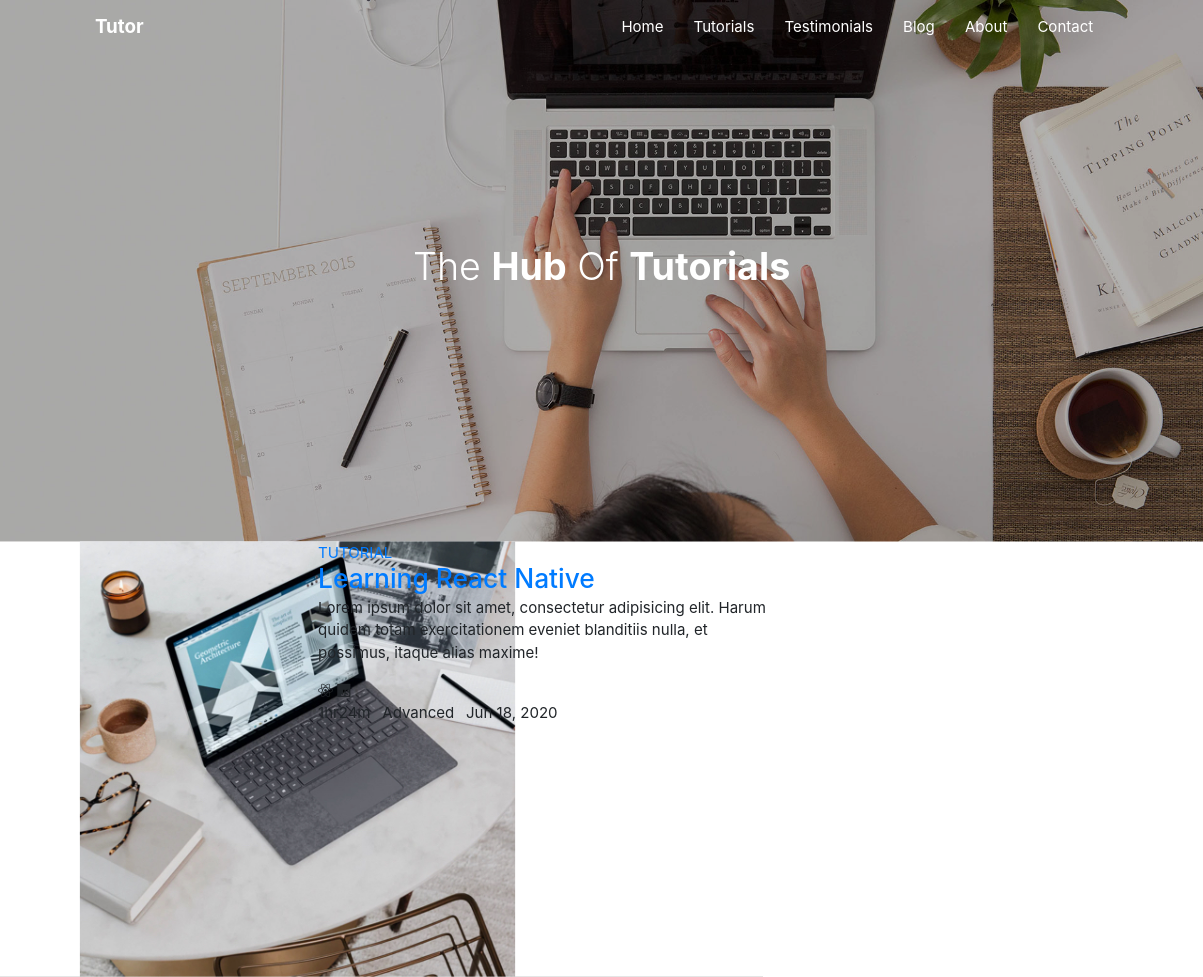
Repository: longvh2003/Tutor
Page: Views/header.html
An editor plug-in stored every save of this project. The page is shown before and after the next save, followed by the edit.
The browser window is 1280 px wide. The pictures show the whole page, at 94% of full size.
Some web libraries are served in a nearby version.

Above is the page before, as saved 2020-08-12 16:36:18.

### Views/header.html
<html lang="en">

<head>
    <meta charset="UTF-8">
    <meta name="viewport" content="width=device-width, initial-scale=1.0">
    <title>Home</title>
    <link rel="stylesheet" href="https://stackpath.bootstrapcdn.com/bootstrap/4.5.2/css/bootstrap.min.css"
        integrity="sha384-JcKb8q3iqJ61gNV9KGb8thSsNjpSL0n8PARn9HuZOnIxN0hoP+VmmDGMN5t9UJ0Z" crossorigin="anonymous">
    <link rel="stylesheet" href="https://use.fontawesome.com/releases/v5.12.0/css/all.css"
        integrity="sha384-REHJTs1r2ErKBuJB0fCK99gCYsVjwxHrSU0N7I1zl9vZbggVJXRMsv/sLlOAGb4M" crossorigin="anonymous" />
    <link rel="stylesheet" href="../Css/home.css">
</head>

<body>
    <section class="header">
        <div class="opacity"></div>
        <div class="container">
            <nav class="navbar navbar-light">
                <a class="navbar-brand text-white" href="#"><strong>Tutor</strong></a>
                <ul class="nav justify-content-center">
                    <li class="nav-item">
                        <a class="nav-link text-white" href="#">Home</a>
                    </li>
                    <li class="nav-item">
                        <a class="nav-link text-white" href="#">Tutorials</a>
                    </li>
                    <li class="nav-item">
                        <a class="nav-link text-white" href="#">Testimonials</a>
                    </li>
                    <li class="nav-item">
                        <a class="nav-link text-white" href="#">Blog</a>
                    </li>
                    <li class="nav-item">
                        <a class="nav-link text-white" href="#">About</a>
                    </li>
                    <li class="nav-item">
                        <a class="nav-link text-white" href="#">Contact</a>
                    </li>
                </ul>
            </nav>
            <div class="title-header">
                <h1 class="text-white">The <strong>Hub</strong> Of <strong>Tutorials</strong></h1>
            </div>
        </div>
    </section>
    <div class="container">
        <div class="row">
            <div class="col-lg-8">
                <div class="row">
                    <div class="col-md-4">
                        <img src="../Image/img_1.jpg" alt="...">
                    </div>
                    <div class="col-md-8">
                        <div><a href="#">TUTORIAL</a></div>
                        <div><a href="#" class="h3">Learning React Native</a></div>
                        <p>Lorem ipsum dolor sit amet, consectetur adipisicing elit. Harum quidem totam exercitationem
                            eveniet blanditiis nulla, et possimus, itaque alias maxime!</p>
                        <div>
                            <span><i class="fab fa-react"></i></span>
                            <span><i class="fab fa-js"></i></span>
                        </div>
                        <p>
                            <span class="mr-2">1hr24m</span>
                            <span class="mr-2">Advanced</span>
                            <span class="mr-2">Jun 18, 2020</span>
                        </p>
                    </div>
                </div>
            </div>
        </div>
    </div>
</body>

</html>

### Css/home.css
body {
  font-family: "Raleway", -apple-system, BlinkMacSystemFont, "Segoe UI", Roboto,
    "Helvetica Neue", Arial, "Noto Sans", sans-serif, "Apple Color Emoji",
    "Segoe UI Emoji", "Segoe UI Symbol", "Noto Color Emoji";
}
.header{
    background: url(../Image/hero_bg.jpg) no-repeat center center;
    height: 36rem;
    background-size: cover;
}
.opacity{
    position: absolute;
    width: 100%;
    height: 36rem;
    background: rgba(0, 0, 0, 0.3);
}
.title-header{
    position: absolute;
    z-index: 1;
    top: 40%;
    left: 50%;
    transform: translate(-50%,-50%);
}
.title-header h1{
    font-weight: 300;
}
.title-header strong{
    font-weight: bold;
}

After the next save:
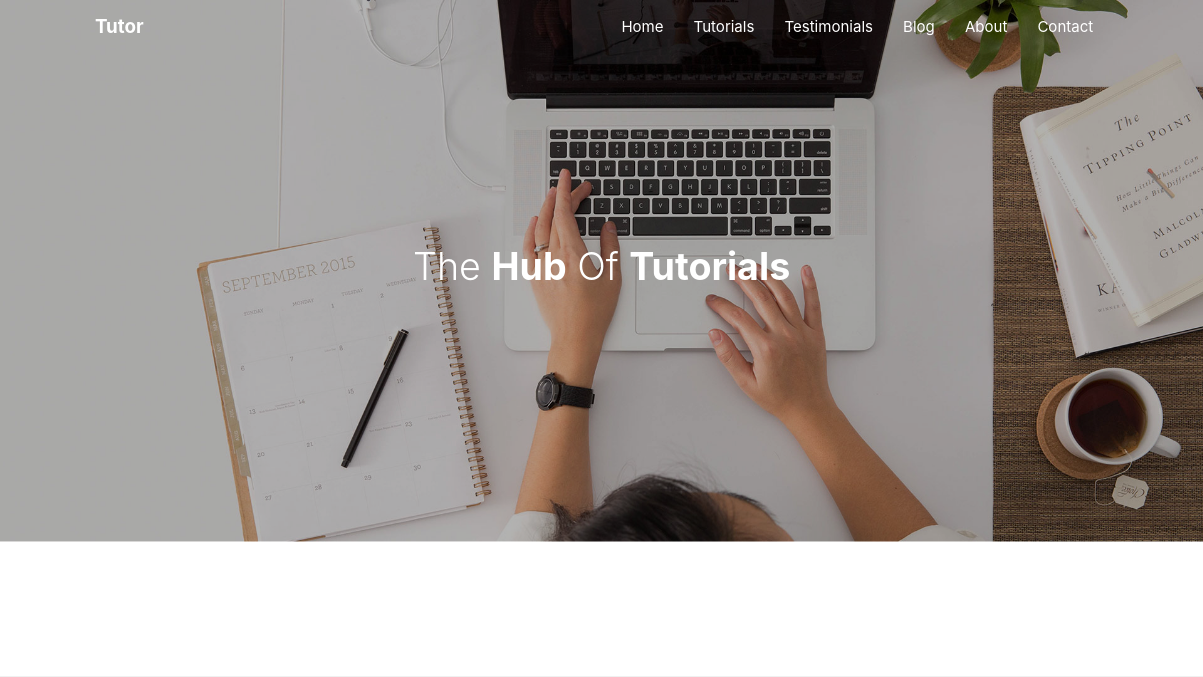
Saved 10 s later.
--- a/Views/header.html
+++ b/Views/header.html
@@ -43,32 +43,6 @@
             </div>
         </div>
     </section>
-    <div class="container">
-        <div class="row">
-            <div class="col-lg-8">
-                <div class="row">
-                    <div class="col-md-4">
-                        <img src="../Image/img_1.jpg" alt="...">
-                    </div>
-                    <div class="col-md-8">
-                        <div><a href="#">TUTORIAL</a></div>
-                        <div><a href="#" class="h3">Learning React Native</a></div>
-                        <p>Lorem ipsum dolor sit amet, consectetur adipisicing elit. Harum quidem totam exercitationem
-                            eveniet blanditiis nulla, et possimus, itaque alias maxime!</p>
-                        <div>
-                            <span><i class="fab fa-react"></i></span>
-                            <span><i class="fab fa-js"></i></span>
-                        </div>
-                        <p>
-                            <span class="mr-2">1hr24m</span>
-                            <span class="mr-2">Advanced</span>
-                            <span class="mr-2">Jun 18, 2020</span>
-                        </p>
-                    </div>
-                </div>
-            </div>
-        </div>
-    </div>
 </body>
 
 </html>
